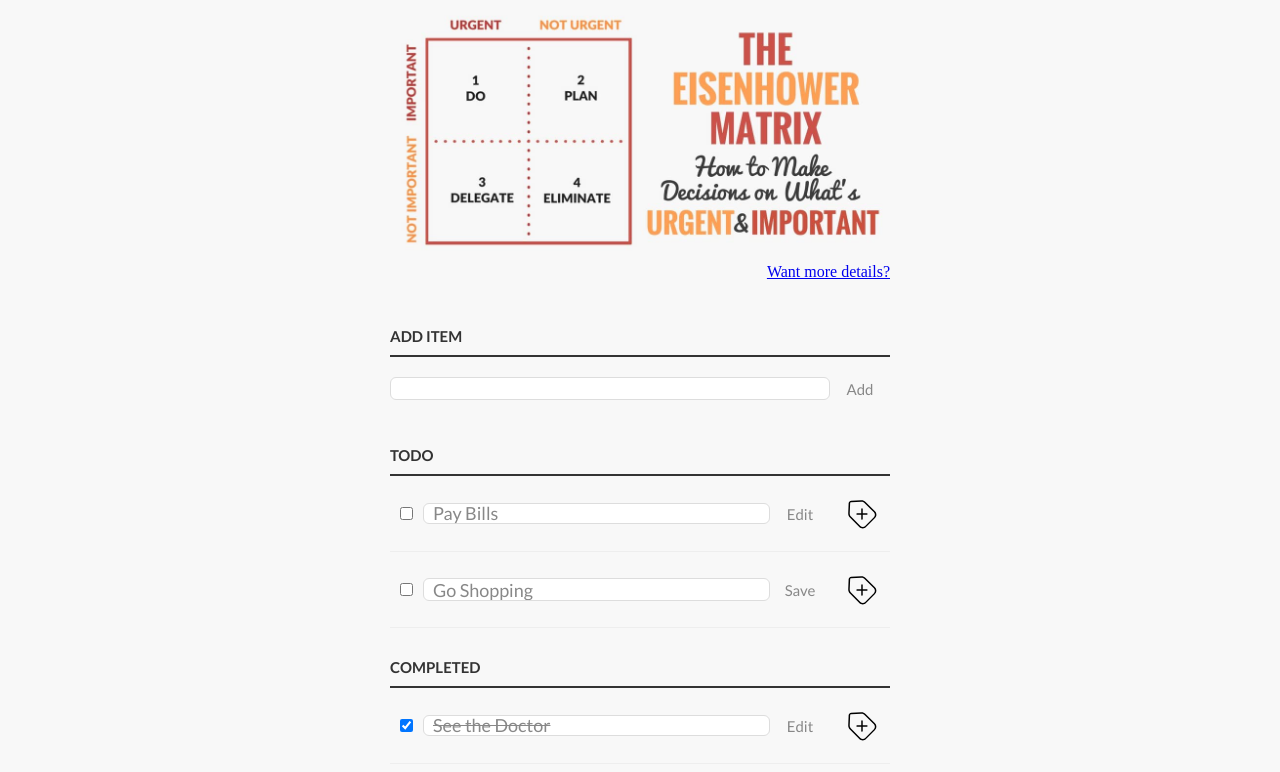
Repository: AlekseyRD88/clean-code-s1e1
Page: index.html
The author's editor kept a copy of each file at every save. The page is drawn from the files as they stood at one save, then again after the next save.
The browser window is 1280 px wide. The pictures show the whole page.

Above is the page before, as saved 2024-12-15 13:56:51.

### index.html
<!DOCTYPE html>
  <head>
    <title>Todo App</title>
    <link href="https://fonts.googleapis.com/css?family=Lato:300,400,700" rel="stylesheet">
    <link rel="stylesheet" href="style.css" type="text/css" media="screen" charset="utf-8">
  </head>
  <body class="page">
    <header class="header">
      <img src="./eisenhower-matrix.jpg" alt="matrix">
      <a class="more-inf" href="https://goal-life.com/page/method/matrix-eisenhower">Want more details?</a>
    </header>
    <main class="center-element">
      <p id="add-elem">
      <label for="new-task" class="new-task">Add Item</label>
        <div class="task-wrapper">
          <input id="new-task" class="task" type="text">
          <button class="button">Add</button>
        </div>
      </p>
      <h3>Todo</h3>
      <ul id="incomplete-tasks" class="list">
        <li class="list-item">
          <input type="checkbox">
          <label class="task">Pay Bills</label>
          <input type="text" class="task">
          <button class="button edit">Edit</button>
          <button class="button delete">
            <img src="./remove.svg" alt="icon-remove">
          </button>
        </li>
        <li class="list-item edit-mode">
          <input type="checkbox">
          <label class="task">Go Shopping</label>
          <input type="text" value="Go Shopping" class="task">
          <button class="button edit">Save</button>
          <button class="button delete">
            <img src="./remove.svg" alt="icon-remove">
          </button>
        </li>
      </ul>
      <h3>Completed</h3>
      <ul id="completed-tasks" class="list">
        <li class="list-item">
          <input type="checkbox" checked>
          <label class="task">See the Doctor</label>
          <input type="text" class="task">
          <button class="button edit">Edit</button>
          <button class="button delete">
            <img src="./remove.svg" alt="icon-remove">
          </button>
        </li>
      </ul>
    </main>
    <script src="app.js"></script>
  </body>
</html>

### style.css
/* Basic Style */
.page {
  background-color: #f8f8f8;
  color: #333;
  font-family: Lato, sans-serif;
}
.header {
  width: 500px;
  margin: 0 auto;
  display: block;
  text-align: right;
}
.header img {
  width: 100%;
}
.header .more-inf {
  font-family: fantasy, cursive;
}
@media (max-width:768px) {
  .header {
    text-align: center;
  }
}
.center-element {
  display: block;
  width: 500px;
  margin: 0 auto 0;
}
.task {
  width: 56%;
  display: inline-block;
  flex-grow: 1;
}
.task-wrapper {
  display: flex;
}
.list {
  margin: 0;
  padding: 0px;
}
li,
h3 {
  list-style: none;
}
input,button{
  outline: none;
}
.button {
  background: none;
  border: 0px;
  color: #888;
  font-size: 15px;
  width: 60px;
  font-family: Lato, sans-serif;
  cursor: pointer;
}
.button:hover {
  color: #3a3A3a;
}
/* Heading */
h3,
.new-task {
  color: #333;
  font-weight: 700;
  font-size: 15px;
  border-bottom: 2px solid #333;
  padding: 30px 0 10px;
  margin: 0;
  text-transform: uppercase;
}
.task {
  margin: 0;
  font-size: 18px;
  line-height: 18px;
  height: 21px;
  padding: 0 9px;
  border: 1px solid #dDd;
  background: #FFF;
  border-radius: 6px;
  font-family: Lato, sans-serif;
  color: #888;
}
.task:focus {
  color: #333;
}
/* New Task */
label[for='new-task'] {
  display: block;
  margin: 0 0 20px;
}
#new-task {
  width: 318px;
}
/* Task list */
li {
  overflow: hidden;
  padding: 20px 0;
  border-bottom: 1px solid #eee;
  display: flex;
  justify-content: space-between;
  align-items: center;
}
li > * {
  vertical-align: middle;
}
li > input[type="checkbox"] {
  margin: 0 10px;
}
li > label {
  padding-left: 10px;
  box-sizing: border-box;
  font-size: 18px;
  width: 226px;
}
li >    input[type="text"] {
  width: 226px
}
.delete img {
  height: 2em;
  transform: rotateZ(45deg);
  transition: transform 200ms ease-in;
}
.delete img:hover {
  transform: rotateZ(0);
}
/* Completed */
#completed-tasks label {
  text-decoration: line-through;
  color: #888;
}
/* Edit Task */
ul li input[type=text] {
  display: none;
}

ul .edit-mode input[type=text] {
  display: inline-block;
  width: 224px;
}

ul .edit-mode label {
  display: none;
}

### app.js
//Document is the DOM can be accessed in the console with document.window.
// Tree is from the top, html, body, p etc.

//Problem: User interaction does not provide the correct results.
//Solution: Add interactivity so the user can manage daily tasks.
//Break things down into smaller steps and take each step at a time.


// Event handling, user interaction is what starts the code execution.

var taskInput = document.getElementById("new-task"); //Add a new task.
var addButton = document.getElementsByTagName("button")[0]; //first button
var incompleteTaskHolder = document.getElementById("incomplete-tasks"); //ul of #incompleteTasks
var completedTasksHolder = document.getElementById("completed-tasks"); //completed-tasks


//New task list item
var createNewTaskElement = function (taskString) {

  var listItem = document.createElement("li");

  //input (checkbox)
  var checkBox = document.createElement("input"); //checkbx
  //label
  var label = document.createElement("label"); //label
  //input (text)
  var editInput = document.createElement("input"); //text
  //button.edit
  var editButton = document.createElement("button"); //edit button

  //button.delete
  var deleteButton = document.createElement("button"); //delete button
  var deleteButtonImg = document.createElement("img"); //delete button image

  label.innerText = taskString;
  label.className = 'task';

  //Each elements, needs appending
  checkBox.type = "checkbox";
  editInput.type = "text";
  editInput.className = "task";

  editButton.innerText = "Edit"; //innerText encodes special characters, HTML does not.
  editButton.className = "edit";

  deleteButton.className = "delete";
  deleteButtonImg.src = './remove.svg';
  deleteButton.appendChild(deleteButtonImg);


  //and appending.
  listItem.appendChild(checkBox);
  listItem.appendChild(label);
  listItem.appendChild(editInput);
  listItem.appendChild(editButton);
  listItem.appendChild(deleteButton);
  return listItem;
}



var addTask = function () {
  console.log("Add Task...");
  //Create a new list item with the text from the #new-task:
  if (!taskInput.value) return;
  var listItem = createNewTaskElement(taskInput.value);

  //Append listItem to incompleteTaskHolder
  incompleteTaskHolder.appendChild(listItem);
  bindTaskEvents(listItem, taskCompleted);

  taskInput.value = "";

}

//Edit an existing task.

var editTask = function () {
  console.log("Edit Task...");
  console.log("Change 'edit' to 'save'");


  var listItem = this.parentNode;

  var editInput = listItem.querySelector('input[type=text]');
  var label = listItem.querySelector("label");
  var editBtn = listItem.querySelector(".edit");
  var containsClass = listItem.classList.contains("edit-mode");
  //If class of the parent is .editmode
  if (containsClass) {

    //switch to .editmode
    //label becomes the inputs value.
    label.innerText = editInput.value;
    editBtn.innerText = "Edit";
  } else {
    editInput.value = label.innerText;
    editBtn.innerText = "Save";
  }

  //toggle .editmode on the parent.
  listItem.classList.toggle("edit-mode");
};


//Delete task.
var deleteTask = function () {
  console.log("Delete Task...");

  var listItem = this.parentNode;
  var ul = listItem.parentNode;
  //Remove the parent list item from the ul.
  ul.removeChild(listItem);

}


//Mark task completed
var taskCompleted = function () {
  console.log("Complete Task...");

  //Append the task list item to the #completed-tasks
  var listItem = this.parentNode;
  completedTasksHolder.appendChild(listItem);
  bindTaskEvents(listItem, taskIncomplete);

}


var taskIncomplete = function () {
  console.log("Incomplete Task...");
  //Mark task as incomplete.
  //When the checkbox is unchecked
  //Append the task list item to the #incompleteTasks.
  var listItem = this.parentNode;
  incompleteTaskHolder.appendChild(listItem);
  bindTaskEvents(listItem, taskCompleted);
}



var ajaxRequest = function () {
  console.log("AJAX Request");
}

//The glue to hold it all together.


//Set the click handler to the addTask function.
addButton.onclick = addTask;
addButton.addEventListener("click", addTask);
addButton.addEventListener("click", ajaxRequest);


var bindTaskEvents = function (taskListItem, checkBoxEventHandler) {
  console.log("bind list item events");
  //select ListItems children
  var checkBox = taskListItem.querySelector("input[type=checkbox]");
  var editButton = taskListItem.querySelector(".edit");
  var deleteButton = taskListItem.querySelector(".delete");


  //Bind editTask to edit button.
  editButton.onclick = editTask;
  //Bind deleteTask to delete button.
  deleteButton.onclick = deleteTask;
  //Bind taskCompleted to checkBoxEventHandler.
  checkBox.onchange = checkBoxEventHandler;
}

//cycle over incompleteTaskHolder ul list items
//for each list item
for (var i = 0; i < incompleteTaskHolder.children.length; i++) {

  //bind events to list items chldren(tasksCompleted)
  bindTaskEvents(incompleteTaskHolder.children[i], taskCompleted);
}




//cycle over completedTasksHolder ul list items
for (var i = 0; i < completedTasksHolder.children.length; i++) {
  //bind events to list items chldren(tasksIncompleted)
  bindTaskEvents(completedTasksHolder.children[i], taskIncomplete);
}




// Issues with usability don't get seen until they are in front of a human tester.

//prevent creation of empty tasks.

//Change edit to save when you are in edit mode.

After the next save:
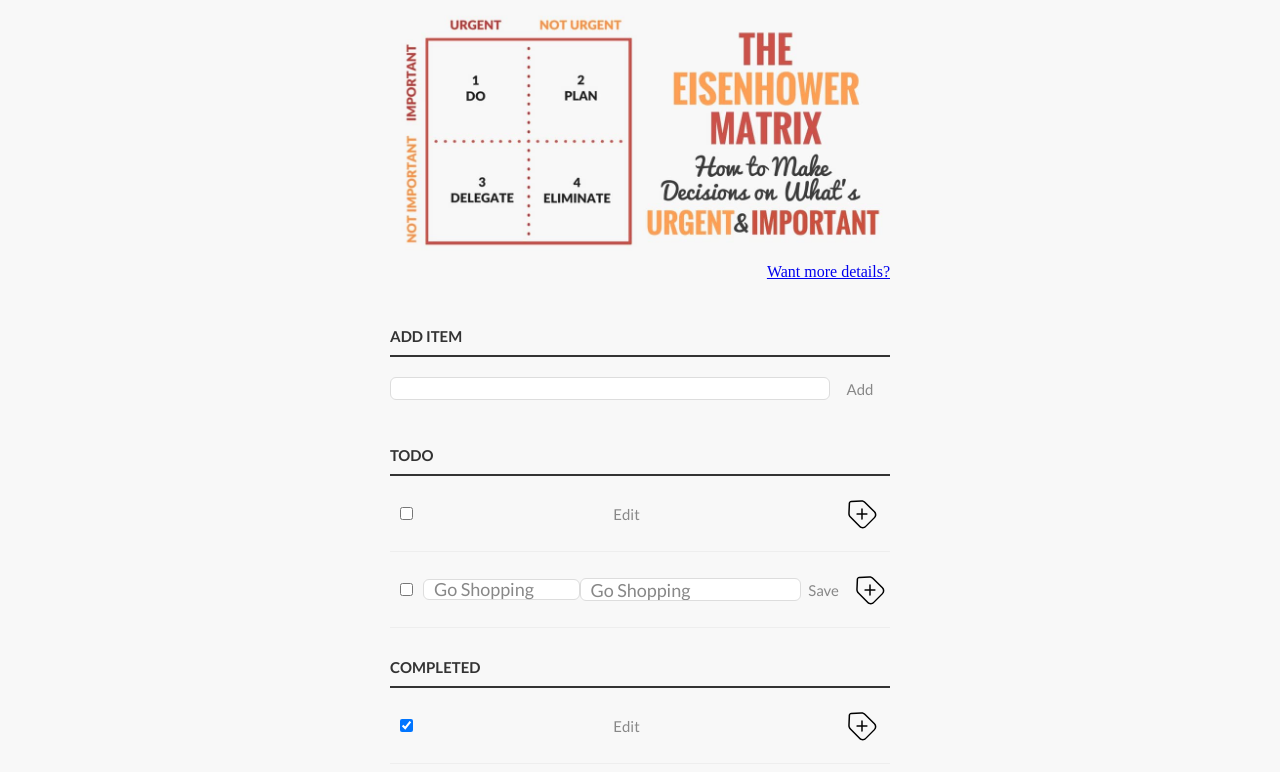
Saved 3 min 2 s later.
--- a/style.css
+++ b/style.css
@@ -38,7 +38,7 @@
   margin: 0;
   padding: 0px;
 }
-li,
+.list-item,
 h3 {
   list-style: none;
 }
@@ -92,7 +92,7 @@
   width: 318px;
 }
 /* Task list */
-li {
+.list-item {
   overflow: hidden;
   padding: 20px 0;
   border-bottom: 1px solid #eee;
@@ -100,19 +100,19 @@
   justify-content: space-between;
   align-items: center;
 }
-li > * {
+.list-item > * {
   vertical-align: middle;
 }
-li > input[type="checkbox"] {
+.list-item > input[type="checkbox"] {
   margin: 0 10px;
 }
-li > label {
+.list-item > label {
   padding-left: 10px;
   box-sizing: border-box;
   font-size: 18px;
   width: 226px;
 }
-li >    input[type="text"] {
+.list-item >    input[type="text"] {
   width: 226px
 }
 .delete img {
@@ -129,15 +129,15 @@
   color: #888;
 }
 /* Edit Task */
-ul li input[type=text] {
+ul .list-item .task {
   display: none;
 }
 
-ul .edit-mode input[type=text] {
+.list .edit-mode .task {
   display: inline-block;
   width: 224px;
 }
 
-ul .edit-mode label {
+.list .edit-mode label {
   display: none;
 }
